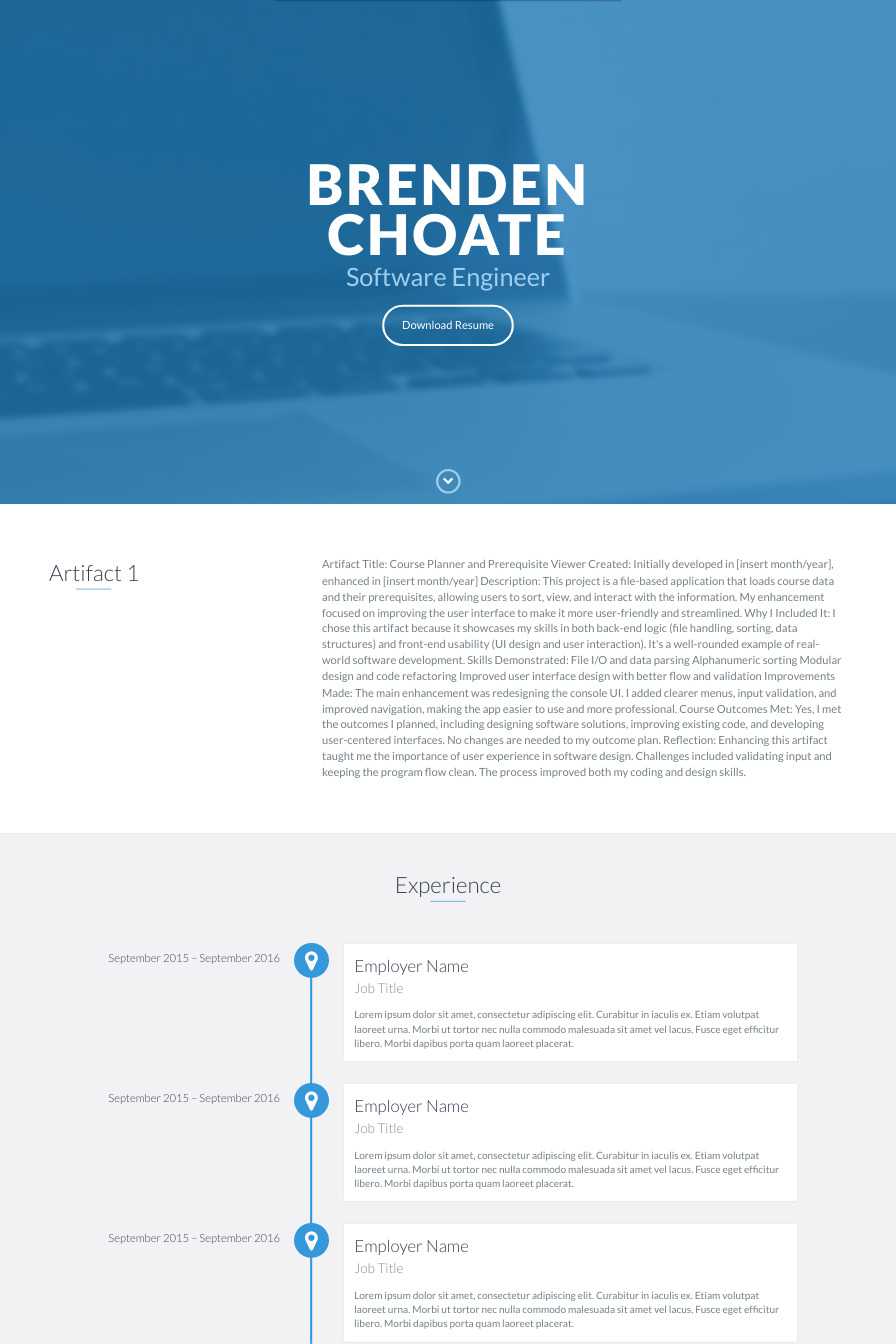
Repository: Legacy477/CS-499-Portfolio
Page: index.html
An editor plug-in stored every save of this project. The page is shown before and after the next save, followed by the edit.
The browser window is 1280 px wide. The pictures show the part of the page from y = 0 to 1920 px (the page is 4297 px tall), at 70% of full size.

Above is the page before, as saved 2025-05-25 20:34:58.

### index.html
<!DOCTYPE html>
<html class="no-js" lang="en">

<head>
    <meta charset="utf-8">
    <meta http-equiv="X-UA-Compatible" content="IE=edge">
    <meta name="viewport" content="width=device-width, initial-scale=1">
    <title>My Portfolio</title>
	<link rel="shortcut icon" href="favicon.ico" type="image/x-icon">
	<link rel="icon" href="favicon.ico" type="image/x-icon">
    <link href="https://fonts.googleapis.com/css?family=Lato:300,400,700,900" rel="stylesheet">
    <link rel="stylesheet" href="libs/font-awesome/css/font-awesome.min.css">
    <link href="css/bootstrap.min.css" rel="stylesheet">
    <link href="css/styles.css" rel="stylesheet">
</head>

<body>
    <div id="mobile-menu-open" class="shadow-large">
        <i class="fa fa-bars" aria-hidden="true"></i>
    </div>
    <!-- End #mobile-menu-toggle -->
    <header>
        <div id="mobile-menu-close">
            <span>Close</span> <i class="fa fa-times" aria-hidden="true"></i>
        </div>
        <ul id="menu" class="shadow">
            <li>
                <a href="#about">About</a>
            </li>
            <li>
                <a href="#experience">Experience</a>
            </li>
            <li>
                <a href="#education">Education</a>
            </li>
            <li>
                <a href="#projects">Projects</a>
            </li>
            <li>
                <a href="#skills">Skills</a>
            </li>
            <li>
                <a href="#contact">Contact</a>
            </li>
        </ul>
    </header>
    <!-- End header -->

    <div id="lead">
        <div id="lead-content">
            <h1>Brenden Choate</h1>
            <h2>Software Engineer</h2>
            <a href="#" class="btn-rounded-white">Download Resume</a>
        </div>
        <!-- End #lead-content -->

        <div id="lead-overlay"></div>

        <div id="lead-down">
            <span>
                <i class="fa fa-chevron-down" aria-hidden="true"></i>
            </span>
        </div>
        <!-- End #lead-down -->
    </div>
    <!-- End #lead -->

    <div id="about">
        <div class="container">
            <div class="row">
                <div class="col-md-4">
                    <h2 class="heading">Artifact 1</h2>
                </div>
                <div class="col-md-8">
                    <p>
                    Artifact Title: Course Planner and Prerequisite Viewer
Created: Initially developed in [insert month/year], enhanced in [insert month/year]

Description:
This project is a file-based application that loads course data and their prerequisites, allowing users to sort, view, and interact with the information. My enhancement focused on improving the user interface to make it more user-friendly and streamlined.

Why I Included It:
I chose this artifact because it showcases my skills in both back-end logic (file handling, sorting, data structures) and front-end usability (UI design and user interaction). It's a well-rounded example of real-world software development.

Skills Demonstrated:

File I/O and data parsing

Alphanumeric sorting

Modular design and code refactoring

Improved user interface design with better flow and validation

Improvements Made:
The main enhancement was redesigning the console UI. I added clearer menus, input validation, and improved navigation, making the app easier to use and more professional.

Course Outcomes Met:
Yes, I met the outcomes I planned, including designing software solutions, improving existing code, and developing user-centered interfaces. No changes are needed to my outcome plan.

Reflection:
Enhancing this artifact taught me the importance of user experience in software design. Challenges included validating input and keeping the program flow clean. The process improved both my coding and design skills.
                    </p>
                </div>
            </div>
        </div>
    </div>
    <!-- End #about -->

    <div id="experience" class="background-alt">
        <h2 class="heading">Experience</h2>
        <div id="experience-timeline">
            <div data-date="September 2015 – September 2016">
                <h3>Employer Name</h3>
                <h4>Job Title</h4>
                <p>
                    Lorem ipsum dolor sit amet, consectetur adipiscing elit. Curabitur in iaculis ex. Etiam volutpat laoreet urna. Morbi ut tortor nec nulla commodo malesuada sit amet vel lacus. Fusce eget efficitur libero. Morbi dapibus porta quam laoreet placerat.
                </p>
            </div>

            <div data-date="September 2015 – September 2016">
                <h3>Employer Name</h3>
                <h4>Job Title</h4>
                <p>
                    Lorem ipsum dolor sit amet, consectetur adipiscing elit. Curabitur in iaculis ex. Etiam volutpat laoreet urna. Morbi ut tortor nec nulla commodo malesuada sit amet vel lacus. Fusce eget efficitur libero. Morbi dapibus porta quam laoreet placerat.
                </p>
            </div>

            <div data-date="September 2015 – September 2016">
                <h3>Employer Name</h3>
                <h4>Job Title</h4>
                <p>
                    Lorem ipsum dolor sit amet, consectetur adipiscing elit. Curabitur in iaculis ex. Etiam volutpat laoreet urna. Morbi ut tortor nec nulla commodo malesuada sit amet vel lacus. Fusce eget efficitur libero. Morbi dapibus porta quam laoreet placerat.
                </p>
            </div>
        </div>
    </div>
    <!-- End #experience -->

    <div id="education">
        <h2 class="heading">Education</h2>
        <div class="education-block">
            <h3>University of Ottawa</h3>
            <span class="education-date">Sept 2016 - Sept 2017</span>
            <h4>Bachelor of Science in Computer Science</h4>
            <p>
                Lorem ipsum dolor sit amet, consectetur adipiscing elit. Curabitur in iaculis ex. Etiam volutpat laoreet urna. Morbi ut tortor nec nulla commodo malesuada sit amet vel lacus. Fusce eget efficitur libero. Morbi dapibus porta quam laoreet placerat.
            </p>
        </div>
        <!-- End .education-block -->

        <div class="education-block">
            <h3>University of Ottawa</h3>
            <span class="education-date">Sept 2016 - Sept 2017</span>
            <h4>Bachelor of Science in Computer Science</h4>
            <ul>
                <li>
                    Lorem ipsum dolor sit amet, consectetur adipiscing elit.
                </li>
                <li>
                    Lorem ipsum dolor sit amet, consectetur adipiscing elit.
                </li>
                <li>
                    Lorem ipsum dolor sit amet, consectetur adipiscing elit.
                </li>
            </ul>
        </div>
        <!-- End .education-block -->
    </div>
    <!-- End #education -->

    <div id="projects" class="background-alt">
        <h2 class="heading">Projects</h2>
        <div class="container">
            <div class="row">
                <div class="project shadow-large">
                    <div class="project-image">
                        <img src="images/project.jpg" />
                    </div>
                    <!-- End .project-image -->
                    <div class="project-info">
                        <h3>Project Name Here</h3>
                        <p>
                            Lorem ipsum dolor sit amet, consectetur adipiscing elit. Curabitur in iaculis ex. Etiam volutpat laoreet urna. Morbi ut tortor nec nulla commodo malesuada sit amet vel lacus. Fusce eget efficitur libero. Morbi dapibus porta quam laoreet placerat.
                        </p>
                        <a href="#">View Project</a>
                    </div>
                    <!-- End .project-info -->
                </div>
                <!-- End .project -->

                <div class="project shadow-large">
                    <div class="project-image">
                        <img src="images/project.jpg" />
                    </div>
                    <!-- End .project-image -->
                    <div class="project-info">
                        <h3>Project Name Here</h3>
                        <p>
                            Lorem ipsum dolor sit amet, consectetur adipiscing elit. Curabitur in iaculis ex. Etiam volutpat laoreet urna. Morbi ut tortor nec nulla commodo malesuada sit amet vel lacus. Fusce eget efficitur libero. Morbi dapibus porta quam laoreet placerat.
                        </p>
                        <a href="#">View Project</a>
                    </div>
                    <!-- End .project-info -->
                </div>
                <!-- End .project -->
            </div>
        </div>
    </div>
    <!-- End #projects -->

    <div id="skills">
        <h2 class="heading">Skills</h2>
        <ul>
            <li>JavaScript</li>
            <li>Python</li>
            <li>Ruby</li>
            <li>Go</li>
            <li>Node.js</li>
            <li>AngularJs</li>
            <li>React</li>
            <li>Elixir</li>
            <li>Java</li>
            <li>C</li>
            <li>C#</li>
            <li>C++</li>
            <li>Ruby on Rails</li>
            <li>JavaScript</li>
            <li>Python</li>
            <li>Ruby</li>
            <li>Go</li>
            <li>Node.js</li>
            <li>AngularJs</li>
            <li>React</li>
            <li>Elixir</li>
            <li>Java</li>
            <li>C</li>
            <li>C#</li>
            <li>C++</li>
            <li>Ruby on Rails</li>
        </ul>
    </div>
    <!-- End #skills -->

    <div id="contact">
        <h2>Get in Touch</h2>
        <div id="contact-form">
            <form method="POST" action="https://formspree.io/email@email.com">
                <input type="hidden" name="_subject" value="Contact request from personal website" />
                <input type="email" name="_replyto" placeholder="Your email" required>
                <textarea name="message" placeholder="Your message" required></textarea>
                <button type="submit">Send</button>
            </form>
        </div>
        <!-- End #contact-form -->
    </div>
    <!-- End #contact -->

    <footer>
        <div class="container">
            <div class="row">
                <div class="col-sm-5 copyright">
                    <p>
                        Copyright &copy; <span id="current-year">2022</span> YOUR NAME
                    </p>
                </div>
                <div class="col-sm-2 top">
                    <span id="to-top">
                        <i class="fa fa-chevron-up" aria-hidden="true"></i>
                    </span>
                </div>
                <div class="col-sm-5 social">
                    <ul>
                        <li>
                            <a href="https://github.com/" target="_blank"><i class="fa fa-github" aria-hidden="true"></i></a>
                        </li>
                        <li>
                            <a href="https://stackoverflow.com/" target="_blank"><i class="fa fa-stack-overflow" aria-hidden="true"></i></a>
                        </li>
                        <li>
                            <a href="https://linkedin.com/" target="_blank"><i class="fa fa-linkedin" aria-hidden="true"></i></a>
                        </li>
                        <li>
                            <a href="https://www.facebook.com/" target="_blank"><i class="fa fa-facebook" aria-hidden="true"></i></a>
                        </li>
                        <li>
                            <a href="https://twitter.com/" target="_blank"><i class="fa fa-twitter" aria-hidden="true"></i></a>
                        </li>
                        <li>
                            <a href="https://plus.google.com/" target="_blank"><i class="fa fa-google-plus" aria-hidden="true"></i></a>
                        </li>
                    </ul>
                </div>
            </div>
        </div>
    </footer>
    <!-- End footer -->

    <script src="https://ajax.googleapis.com/ajax/libs/jquery/1.12.4/jquery.min.js"></script>
    <script src="js/scripts.min.js"></script>
</body>

</html>

Loaded but not shown: libs/font-awesome/css/font-awesome.min.css (library); css/bootstrap.min.css (library); css/styles.css (library); js/scripts.min.js (common file)

After the next save:
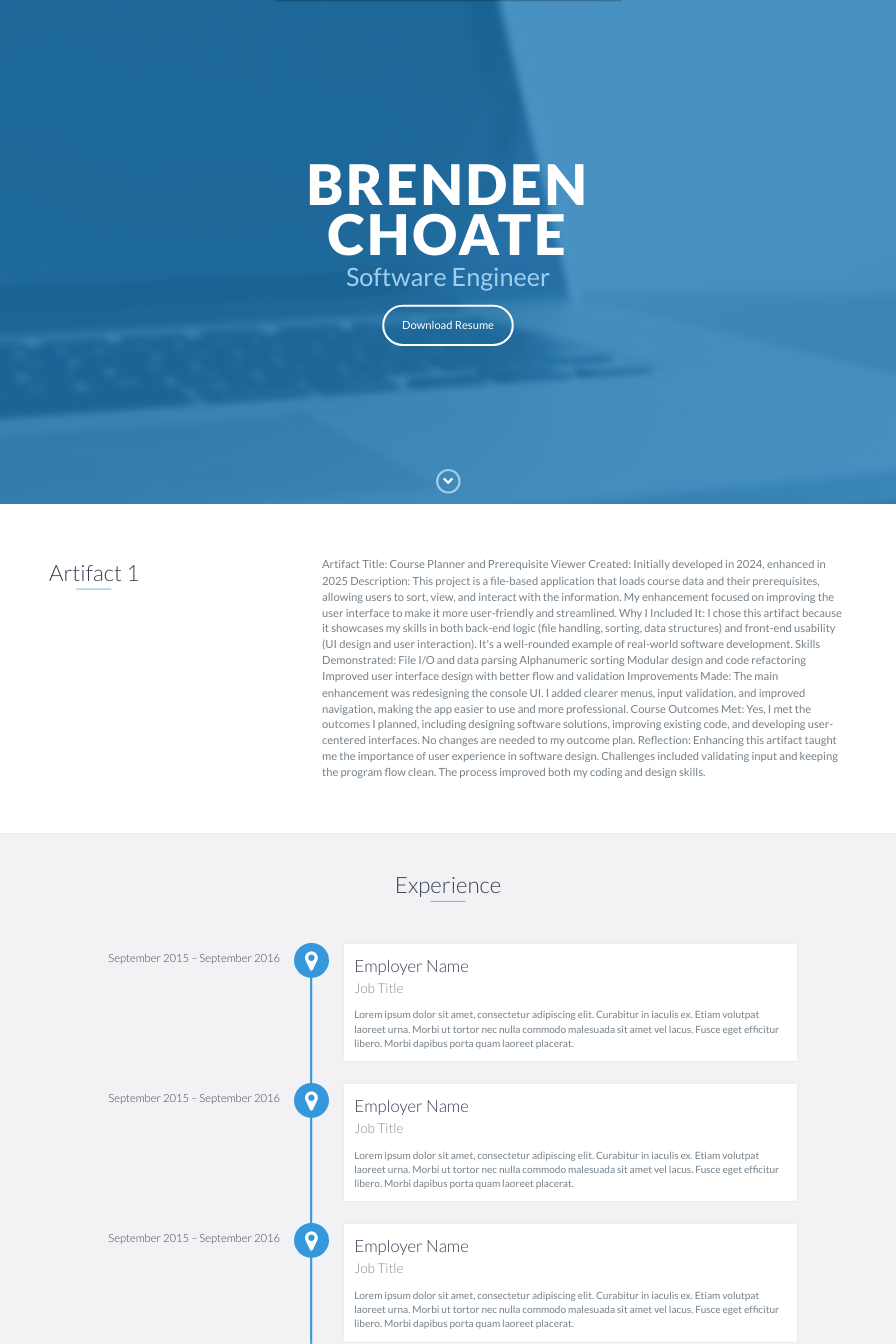
Saved 6 min 35 s later.
--- a/index.html
+++ b/index.html
@@ -74,7 +74,7 @@
                 <div class="col-md-8">
                     <p>
                     Artifact Title: Course Planner and Prerequisite Viewer
-Created: Initially developed in [insert month/year], enhanced in [insert month/year]
+Created: Initially developed in 2024, enhanced in 2025
 
 Description:
 This project is a file-based application that loads course data and their prerequisites, allowing users to sort, view, and interact with the information. My enhancement focused on improving the user interface to make it more user-friendly and streamlined.
